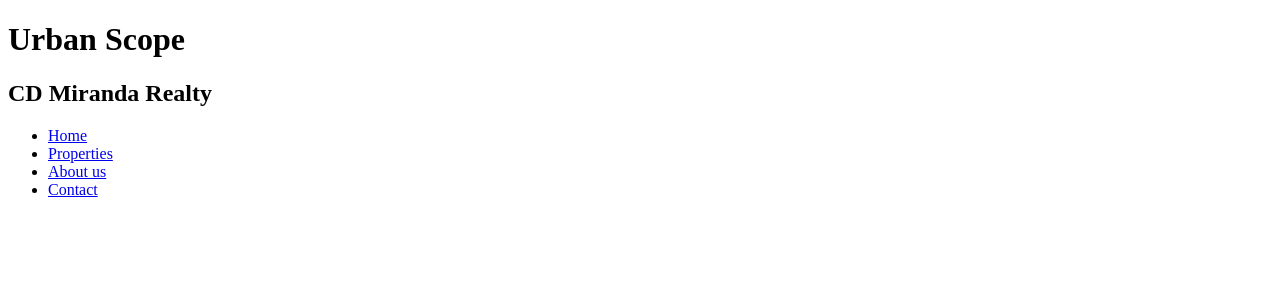
Repository: Gianeuz/CD-Miranda
Page: home/main.html
These files come from the project's save history. The page is drawn as it stood at one moment and after a run of saves; the edit follows.
The browser window is 1280 px wide. The pictures show the whole page.

Above is the page before, as saved 2026-09-20 03:18:29.

### home/main.html
<!DOCTYPE html>
<html lang="en">
<head>
    <meta charset="UTF-8">
    <meta name="viewport" content="width=device-width, initial-scale=1.0">
    <title>CD Miranda</title>
</head>
<body class="home">

<div class="header">
    <h1>Urban Scope</h1>
    <h2>CD Miranda Realty</h2>
</div>
    <ul>
        <li><a href="index.html">Home</a></li>
        <li><a href="about.html">Properties</a></li>
        <li><a href="services.html">About us</a></li>
        <li><a href="contact.html">Contact</a></li>

    </ul>
</body>
</html>

After the next 19 saves:
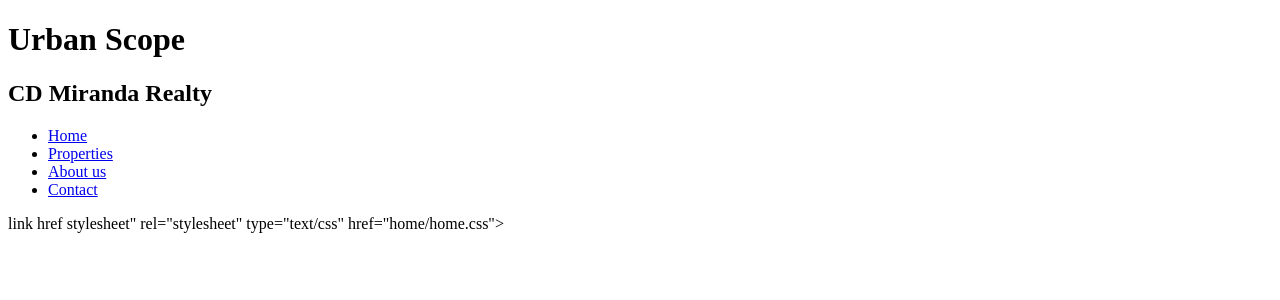
The 19 saves are shown as one change because they came seconds apart.
The last was saved 40 s later.
--- a/home/main.html
+++ b/home/main.html
@@ -18,5 +18,6 @@
         <li><a href="contact.html">Contact</a></li>
 
     </ul>
+link href stylesheet" rel="stylesheet" type="text/css" href="home/home.css">
 </body>
 </html>
